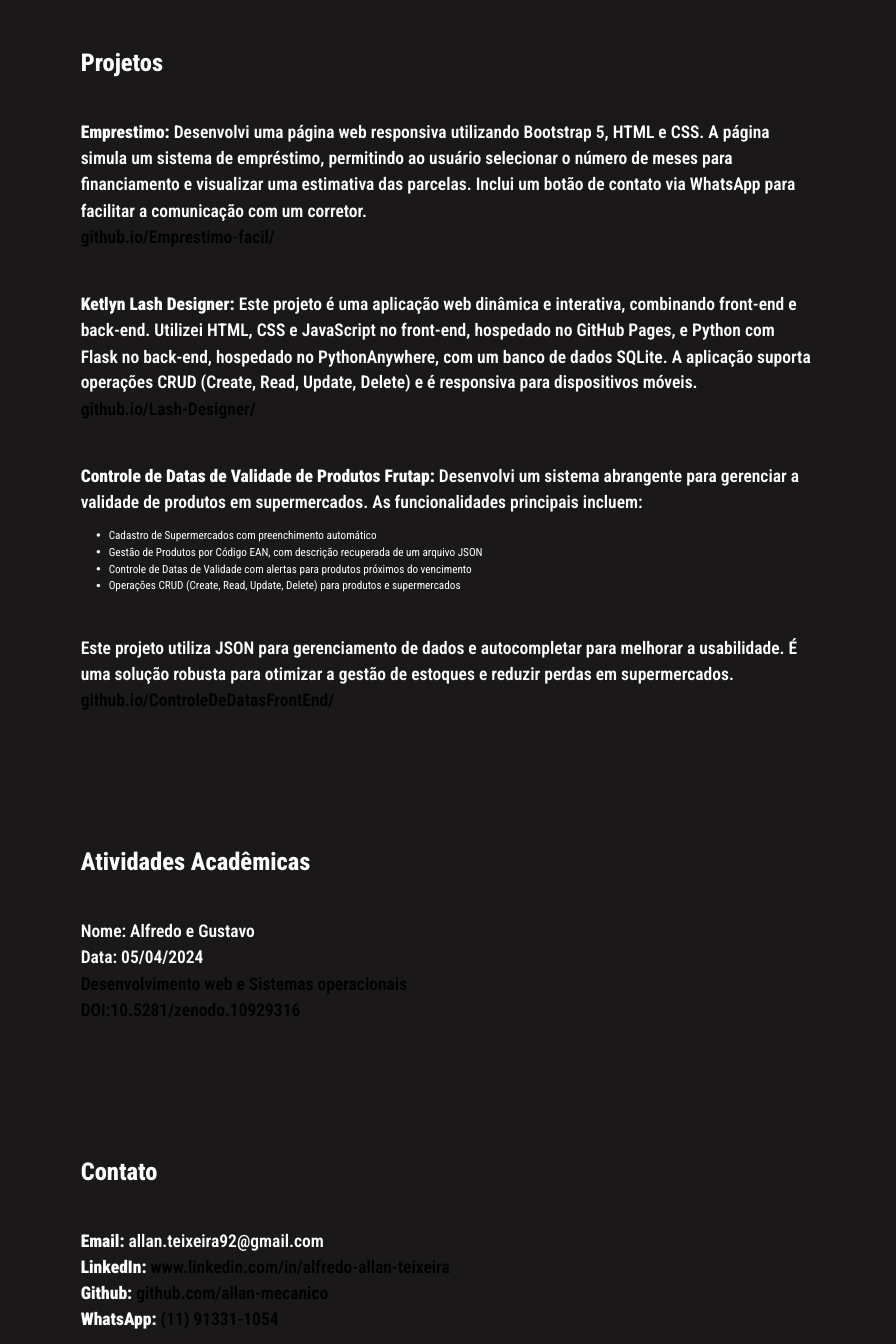
Repository: alfredo-allan/Portfolio
Page: index.html
The author's editor kept a copy of each file at every save. The page is drawn from the files as they stood at one save, then again after a run of saves.
The browser window is 1280 px wide. The pictures show the part of the page from y = 2497 to 4417 px (the page is 4417 px tall), at 70% of full size.

Above is the page before, as saved 2024-05-30 20:22:26.

After the next 2 saves:
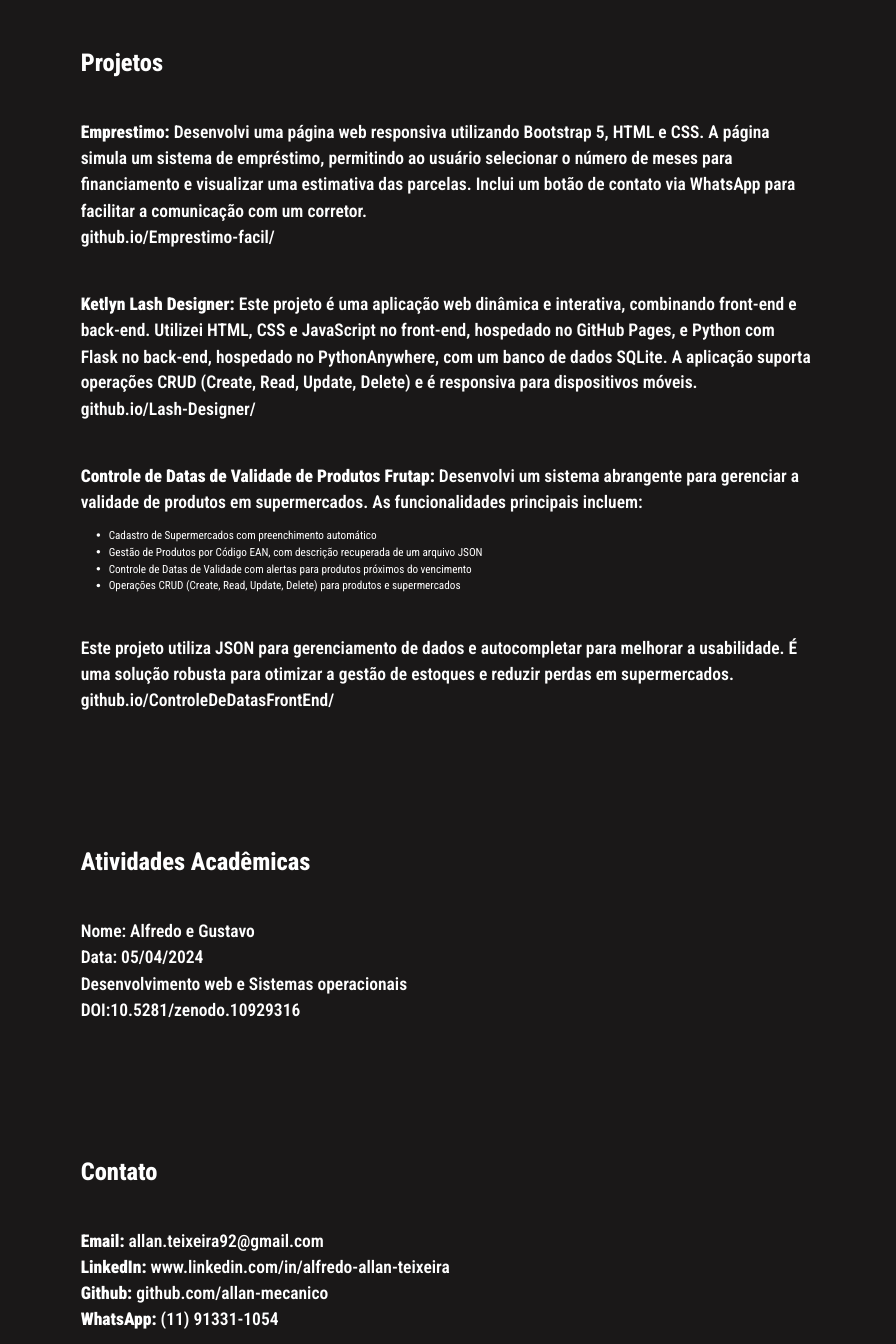
The 2 saves are shown as one change because they came seconds apart.
The last was saved 2 min 21 s later.
--- a/src/assets/styles/home.css
+++ b/src/assets/styles/home.css
@@ -321,11 +321,6 @@
   letter-spacing: 2px;
 }
 
-a {
-  text-decoration: none; /* Remove o sublinhado */
-  color: black;
-}
-
 #close-icon {
   color: black;
   margin-left: 215px;
